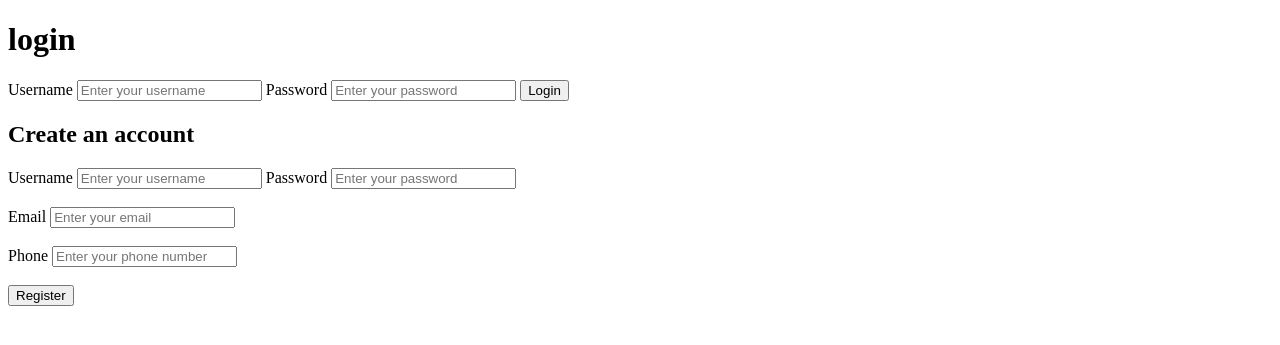
Repository: bao2222/hoc-lam-web
Page: welcome.html
An editor plug-in stored every save of this project. The page is shown before and after the next save, followed by the edit.
The browser window is 1280 px wide. The pictures show the whole page.

Above is the page before, as saved 2024-12-30 08:53:57.

After the next save:
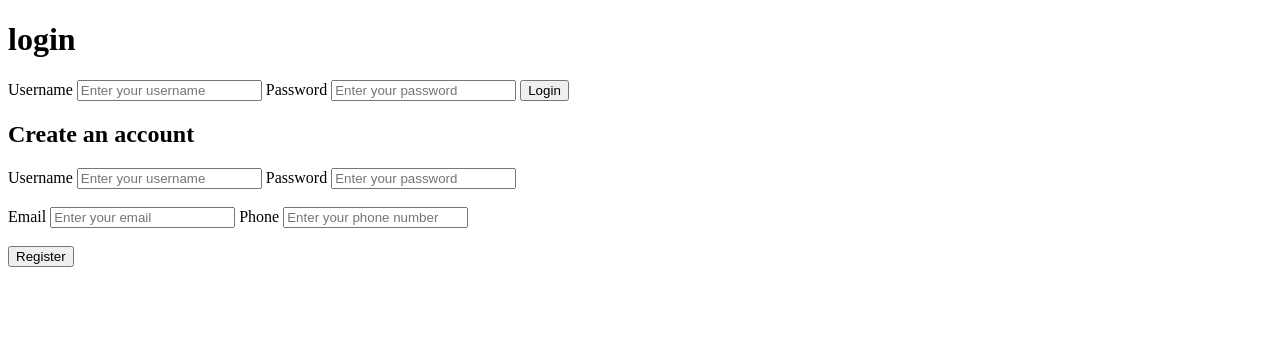
Saved 38 s later.
--- a/welcome.html
+++ b/welcome.html
@@ -41,12 +41,12 @@
                         <input type="password" id="register_password" placeholder="Enter your password" name="password" required><br><br>
 
                         <label for="register_email">Email</label>
-                        <input type="email" id="register_email" placeholder="Enter your email" name="email" required><br><br>
+                        <input type="email" id="register_email" placeholder="Enter your email" name="email" required>
 
                         <label for="register_phone">Phone</label>
                         <input type="tel" id="register_phone" placeholder="Enter your phone number" name="phone" required><br><br>
 
-                        <button type="submit">Register</button> <br><br>
+                        <button type="submit">Register</button>
 
                     </form>
 
